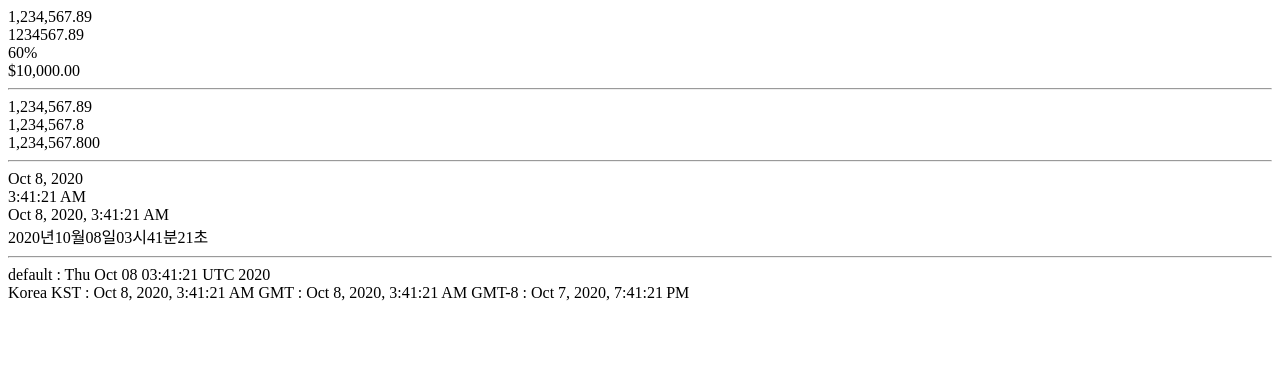
Repository: totesbk/JSP-
Page: http://localhost/web07/ex20_formatNumber.jsp
The author's editor kept a copy of each file at every save. The page is drawn from the files as they stood at one save, then again after the next save.
The browser window is 1280 px wide. The pictures show the whole page.
The page is served by Tomcat 9.

Above is the page before, as saved 2020-10-12 03:44:16.

After the next save:
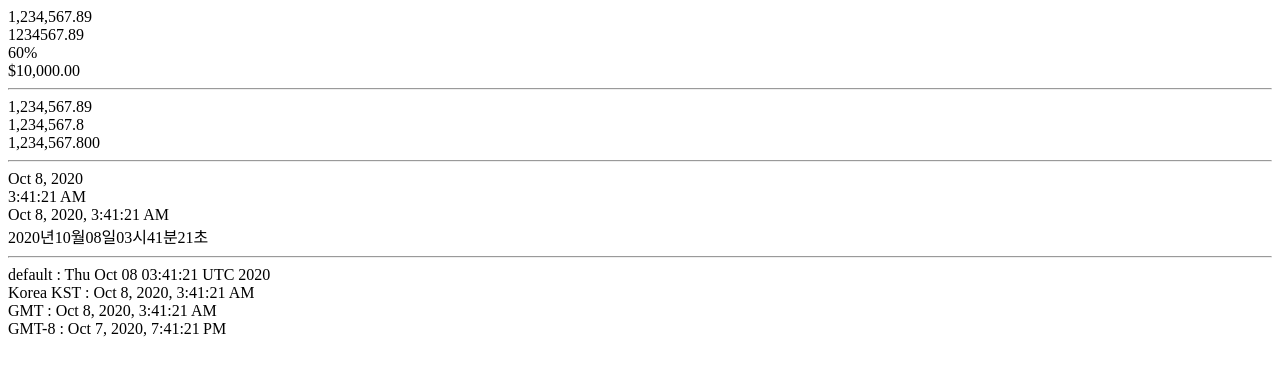
Saved 11 s later.
--- a/web07/WebContent/ex20_formatNumber.jsp
+++ b/web07/WebContent/ex20_formatNumber.jsp
@@ -27,13 +27,13 @@
 
 <hr>
 default : ${now}<br>
-Korea KST : <fmt:formatDate value="${now}" type="both"/>
+Korea KST : <fmt:formatDate value="${now}" type="both"/><br>
 <fmt:timeZone value="GMT">
-GMT : <fmt:formatDate value="${now}" type="both"/>
+GMT : <fmt:formatDate value="${now}" type="both"/><br>
 </fmt:timeZone>
 
 <fmt:timeZone value="GMT-8">
-GMT-8 : <fmt:formatDate value="${now}" type="both"/>
+GMT-8 : <fmt:formatDate value="${now}" type="both"/><br>
 </fmt:timeZone>
 
 </body>
